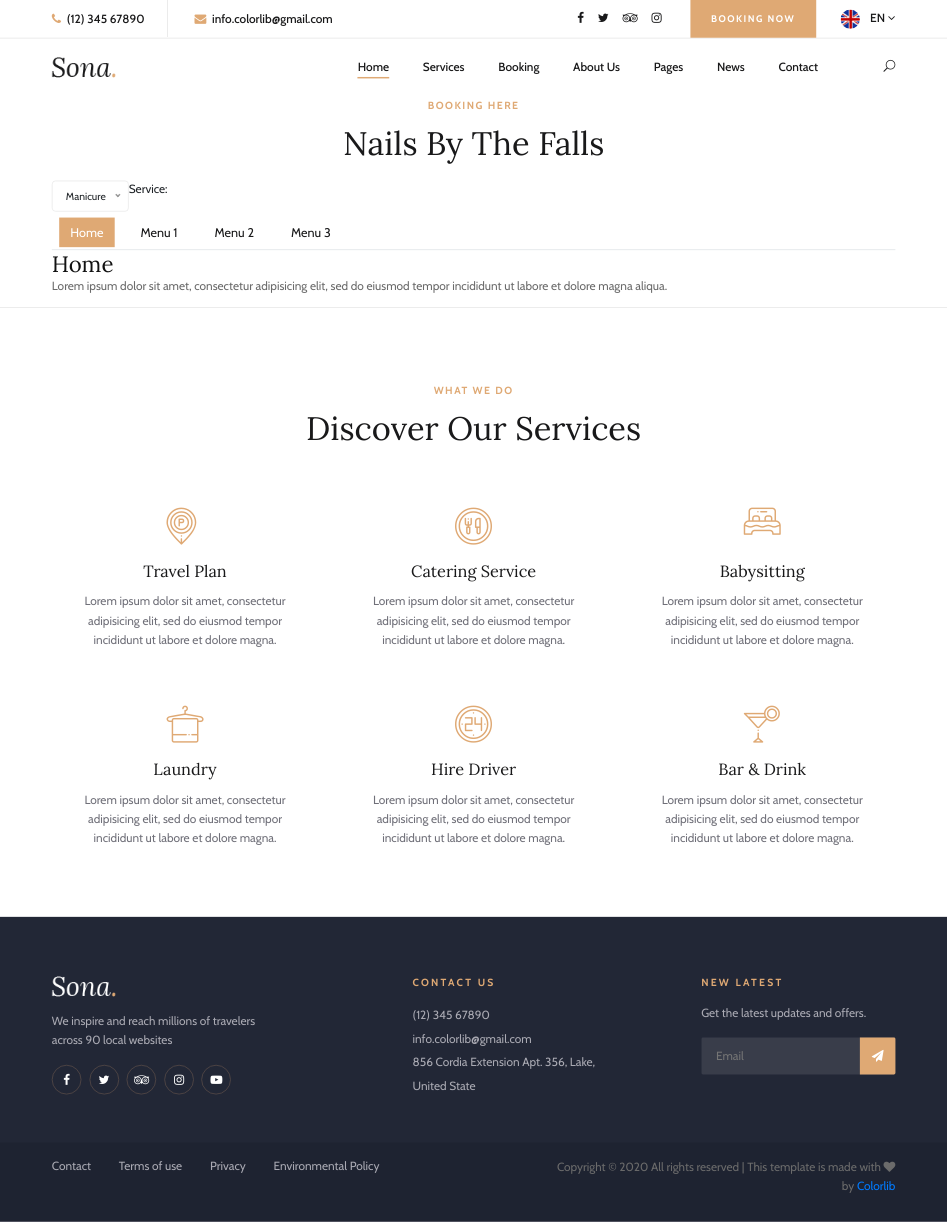
Repository: KeriBoss/Booking_Spa
Page: booking.html
The author's editor kept a copy of each file at every save. The page is drawn from the files as they stood at one save, then again after the next save.
The browser window is 1280 px wide. The pictures show the whole page, at 74% of full size.

Above is the page before, as saved 2023-05-19 16:01:08.

### booking.html
<!DOCTYPE html>
<html lang="zxx">

<head>
    <meta charset="UTF-8" />
    <meta name="description" content="Sona Template" />
    <meta name="keywords" content="Sona, unica, creative, html" />
    <meta name="viewport" content="width=device-width, initial-scale=1.0" />
    <meta http-equiv="X-UA-Compatible" content="ie=edge" />
    <title>Nail | Template</title>

    <!-- Google Font -->
    <link href="https://fonts.googleapis.com/css?family=Lora:400,700&display=swap" rel="stylesheet" />
    <link href="https://fonts.googleapis.com/css?family=Cabin:400,500,600,700&display=swap" rel="stylesheet" />

    <!-- Css Styles -->
    <link rel="stylesheet" href="css/bootstrap.min.css" type="text/css" />
    <link rel="stylesheet" href="css/font-awesome.min.css" type="text/css" />
    <link rel="stylesheet" href="css/elegant-icons.css" type="text/css" />
    <link rel="stylesheet" href="css/flaticon.css" type="text/css" />
    <link rel="stylesheet" href="css/owl.carousel.min.css" type="text/css" />
    <link rel="stylesheet" href="css/nice-select.css" type="text/css" />
    <link rel="stylesheet" href="css/jquery-ui.min.css" type="text/css" />
    <link rel="stylesheet" href="css/magnific-popup.css" type="text/css" />
    <link rel="stylesheet" href="css/slicknav.min.css" type="text/css" />
    <link rel="stylesheet" href="css/style.css" type="text/css" />
</head>

<body>
    <!-- Page Preloder -->
    <div id="preloder">
        <div class="loader"></div>
    </div>

    <!-- Offcanvas Menu Section Begin -->
    <div class="offcanvas-menu-overlay"></div>
    <div class="canvas-open">
        <i class="icon_menu"></i>
    </div>
    <div class="offcanvas-menu-wrapper">
        <div class="canvas-close">
            <i class="icon_close"></i>
        </div>
        <div class="search-icon search-switch">
            <i class="icon_search"></i>
        </div>
        <div class="header-configure-area">
            <div class="language-option">
                <img src="img/flag.jpg" alt="" />
                <span>EN <i class="fa fa-angle-down"></i></span>
                <div class="flag-dropdown">
                    <ul>
                        <li><a href="#">Zi</a></li>
                        <li><a href="#">Fr</a></li>
                    </ul>
                </div>
            </div>
            <a href="#" class="bk-btn">Booking Now</a>
        </div>
        <nav class="mainmenu mobile-menu">
            <ul>
                <li class="active"><a href="./index.html">Home</a></li>
                <li><a href="./rooms.html">Rooms</a></li>
                <li><a href="./about-us.html">About Us</a></li>
                <li>
                    <a href="./pages.html">Pages</a>
                    <ul class="dropdown">
                        <li><a href="./room-details.html">Room Details</a></li>
                        <li><a href="#">Deluxe Room</a></li>
                        <li><a href="#">Family Room</a></li>
                        <li><a href="#">Premium Room</a></li>
                    </ul>
                </li>
                <li><a href="./blog.html">News</a></li>
                <li><a href="./contact.html">Contact</a></li>
            </ul>
        </nav>
        <div id="mobile-menu-wrap"></div>
        <div class="top-social">
            <a href="#"><i class="fa fa-facebook"></i></a>
            <a href="#"><i class="fa fa-twitter"></i></a>
            <a href="#"><i class="fa fa-tripadvisor"></i></a>
            <a href="#"><i class="fa fa-instagram"></i></a>
        </div>
        <ul class="top-widget">
            <li><i class="fa fa-phone"></i> (12) 345 67890</li>
            <li><i class="fa fa-envelope"></i> info.colorlib@gmail.com</li>
        </ul>
    </div>
    <!-- Offcanvas Menu Section End -->

    <!-- Header Section Begin -->
    <header class="header-section">
        <div class="top-nav">
            <div class="container">
                <div class="row">
                    <div class="col-lg-6">
                        <ul class="tn-left">
                            <li><i class="fa fa-phone"></i> (12) 345 67890</li>
                            <li><i class="fa fa-envelope"></i> info.colorlib@gmail.com</li>
                        </ul>
                    </div>
                    <div class="col-lg-6">
                        <div class="tn-right">
                            <div class="top-social">
                                <a href="#"><i class="fa fa-facebook"></i></a>
                                <a href="#"><i class="fa fa-twitter"></i></a>
                                <a href="#"><i class="fa fa-tripadvisor"></i></a>
                                <a href="#"><i class="fa fa-instagram"></i></a>
                            </div>
                            <a href="#" class="bk-btn">Booking Now</a>
                            <div class="language-option">
                                <img src="img/flag.jpg" alt="" />
                                <span>EN <i class="fa fa-angle-down"></i></span>
                                <div class="flag-dropdown">
                                    <ul>
                                        <li><a href="#">Zi</a></li>
                                        <li><a href="#">Fr</a></li>
                                    </ul>
                                </div>
                            </div>
                        </div>
                    </div>
                </div>
            </div>
        </div>
        <div class="menu-item">
            <div class="container">
                <div class="row">
                    <div class="col-lg-2">
                        <div class="logo">
                            <a href="./index.html">
                                <img src="img/logo.png" alt="" />
                            </a>
                        </div>
                    </div>
                    <div class="col-lg-10">
                        <div class="nav-menu">
                            <nav class="mainmenu">
                                <ul>
                                    <li class="active"><a href="./index.html">Home</a></li>
                                    <li><a href="./rooms.html">Services</a></li>
                                    <li><a href="./rooms.html">Booking</a></li>
                                    <li><a href="./about-us.html">About Us</a></li>
                                    <li>
                                        <a href="./pages.html">Pages</a>
                                        <ul class="dropdown">
                                            <li><a href="./room-details.html">Room Details</a></li>
                                            <li><a href="./blog-details.html">Blog Details</a></li>
                                            <li><a href="#">Family Room</a></li>
                                            <li><a href="#">Premium Room</a></li>
                                        </ul>
                                    </li>
                                    <li><a href="./blog.html">News</a></li>
                                    <li><a href="./contact.html">Contact</a></li>
                                </ul>
                            </nav>
                            <div class="nav-right search-switch">
                                <i class="icon_search"></i>
                            </div>
                        </div>
                    </div>
                </div>
            </div>
        </div>
    </header>
    <!-- Header End -->

    <!-- Booking start-->
    <section class="booking-nail">
        <div class="container">
            <div class="row">
                <div class="col-lg-12">
                    <div class="section-title">
                        <span>Booking here</span>
                        <h2>Nails By The Falls</h2>
                    </div>
                </div>
                <div class="col-lg-12">
                    <div class="w-100">
                        <form class="form-group">
                            <div class="select-option">
                                <label for="room">Service:</label>
                                <select id="room">
                                    <option value="">Manicure</option>
                                    <option value="">Hair extension</option>
                                    <option value="">Hair dying</option>
                                    <option value="">Massage</option>
                                    <option value="">Mask</option>
                                    <option value="">Eyelash extensions</option>
                                </select>
                            </div>
                        </form>
                    </div>
                    <div class="card-booking">
                        <ul class="nav nav-tabs">
                            <li class="active"><a class="active" data-toggle="tab" href="#home">Home</a></li>
                            <li><a data-toggle="tab" href="#menu1">Menu 1</a></li>
                            <li><a data-toggle="tab" href="#menu2">Menu 2</a></li>
                            <li><a data-toggle="tab" href="#menu3">Menu 3</a></li>
                        </ul>

                        <div class="tab-content">
                            <div id="home" class="tab-pane fade show active">
                                <h3>Home</h3>
                                <p>Lorem ipsum dolor sit amet, consectetur adipisicing elit, sed do eiusmod tempor
                                    incididunt ut labore et dolore magna aliqua.</p>
                            </div>

                            <div id="menu1" class="tab-pane fade">
                                <h3>Menu 1</h3>
                                <p>Lorem ipsum dolor sit amet, consectetur adipisicing elit, sed do eiusmod tempor
                                    incididunt ut labore et dolore magna aliqua.</p>
                            </div>

                            <div id="menu2" class="tab-pane fade">
                                <h3>Menu 2</h3>
                                <p>Lorem ipsum dolor sit amet, consectetur adipisicing elit, sed do eiusmod tempor
                                    incididunt ut labore et dolore magna aliqua.</p>
                            </div>

                            <div id="menu3" class="tab-pane fade">
                                <h3>Menu 3</h3>
                                <p>Lorem ipsum dolor sit amet, consectetur adipisicing elit, sed do eiusmod tempor
                                    incididunt ut labore et dolore magna aliqua.</p>
                            </div>

                        </div>

                    </div>
                </div>
            </div>
        </div>
    </section>
    <!-- Booking end-->

    <!-- Services Section End -->
    <section class="services-section spad">
        <div class="container">
            <div class="row">
                <div class="col-lg-12">
                    <div class="section-title">
                        <span>What We Do</span>
                        <h2>Discover Our Services</h2>
                    </div>
                </div>
            </div>
            <div class="row">
                <div class="col-lg-4 col-sm-6">
                    <div class="service-item">
                        <i class="flaticon-036-parking"></i>
                        <h4>Travel Plan</h4>
                        <p>
                            Lorem ipsum dolor sit amet, consectetur adipisicing elit, sed do
                            eiusmod tempor incididunt ut labore et dolore magna.
                        </p>
                    </div>
                </div>
                <div class="col-lg-4 col-sm-6">
                    <div class="service-item">
                        <i class="flaticon-033-dinner"></i>
                        <h4>Catering Service</h4>
                        <p>
                            Lorem ipsum dolor sit amet, consectetur adipisicing elit, sed do
                            eiusmod tempor incididunt ut labore et dolore magna.
                        </p>
                    </div>
                </div>
                <div class="col-lg-4 col-sm-6">
                    <div class="service-item">
                        <i class="flaticon-026-bed"></i>
                        <h4>Babysitting</h4>
                        <p>
                            Lorem ipsum dolor sit amet, consectetur adipisicing elit, sed do
                            eiusmod tempor incididunt ut labore et dolore magna.
                        </p>
                    </div>
                </div>
                <div class="col-lg-4 col-sm-6">
                    <div class="service-item">
                        <i class="flaticon-024-towel"></i>
                        <h4>Laundry</h4>
                        <p>
                            Lorem ipsum dolor sit amet, consectetur adipisicing elit, sed do
                            eiusmod tempor incididunt ut labore et dolore magna.
                        </p>
                    </div>
                </div>
                <div class="col-lg-4 col-sm-6">
                    <div class="service-item">
                        <i class="flaticon-044-clock-1"></i>
                        <h4>Hire Driver</h4>
                        <p>
                            Lorem ipsum dolor sit amet, consectetur adipisicing elit, sed do
                            eiusmod tempor incididunt ut labore et dolore magna.
                        </p>
                    </div>
                </div>
                <div class="col-lg-4 col-sm-6">
                    <div class="service-item">
                        <i class="flaticon-012-cocktail"></i>
                        <h4>Bar & Drink</h4>
                        <p>
                            Lorem ipsum dolor sit amet, consectetur adipisicing elit, sed do
                            eiusmod tempor incididunt ut labore et dolore magna.
                        </p>
                    </div>
                </div>
            </div>
        </div>
    </section>
    <!-- Services Section End -->

    <!-- Footer Section Begin -->
    <footer class="footer-section">
        <div class="container">
            <div class="footer-text">
                <div class="row">
                    <div class="col-lg-4">
                        <div class="ft-about">
                            <div class="logo">
                                <a href="#">
                                    <img src="img/footer-logo.png" alt="" />
                                </a>
                            </div>
                            <p>
                                We inspire and reach millions of travelers<br />
                                across 90 local websites
                            </p>
                            <div class="fa-social">
                                <a href="#"><i class="fa fa-facebook"></i></a>
                                <a href="#"><i class="fa fa-twitter"></i></a>
                                <a href="#"><i class="fa fa-tripadvisor"></i></a>
                                <a href="#"><i class="fa fa-instagram"></i></a>
                                <a href="#"><i class="fa fa-youtube-play"></i></a>
                            </div>
                        </div>
                    </div>
                    <div class="col-lg-3 offset-lg-1">
                        <div class="ft-contact">
                            <h6>Contact Us</h6>
                            <ul>
                                <li>(12) 345 67890</li>
                                <li>info.colorlib@gmail.com</li>
                                <li>856 Cordia Extension Apt. 356, Lake, United State</li>
                            </ul>
                        </div>
                    </div>
                    <div class="col-lg-3 offset-lg-1">
                        <div class="ft-newslatter">
                            <h6>New latest</h6>
                            <p>Get the latest updates and offers.</p>
                            <form action="#" class="fn-form">
                                <input type="text" placeholder="Email" />
                                <button type="submit"><i class="fa fa-send"></i></button>
                            </form>
                        </div>
                    </div>
                </div>
            </div>
        </div>
        <div class="copyright-option">
            <div class="container">
                <div class="row">
                    <div class="col-lg-7">
                        <ul>
                            <li><a href="#">Contact</a></li>
                            <li><a href="#">Terms of use</a></li>
                            <li><a href="#">Privacy</a></li>
                            <li><a href="#">Environmental Policy</a></li>
                        </ul>
                    </div>
                    <div class="col-lg-5">
                        <div class="co-text">
                            <p>
                                <!-- Link back to Colorlib can't be removed. Template is licensed under CC BY 3.0. -->
                                Copyright &copy;
                                <script>
                                    document.write(new Date().getFullYear());
                                </script>
                                All rights reserved | This template is made with
                                <i class="fa fa-heart" aria-hidden="true"></i> by
                                <a href="https://colorlib.com" target="_blank">Colorlib</a>
                                <!-- Link back to Colorlib can't be removed. Template is licensed under CC BY 3.0. -->
                            </p>
                        </div>
                    </div>
                </div>
            </div>
        </div>
    </footer>
    <!-- Footer Section End -->

    <!-- Search model Begin -->
    <div class="search-model">
        <div class="h-100 d-flex align-items-center justify-content-center">
            <div class="search-close-switch"><i class="icon_close"></i></div>
            <form class="search-model-form">
                <input type="text" id="search-input" placeholder="Search here....." />
            </form>
        </div>
    </div>
    <!-- Search model end -->

    <!-- Js Plugins -->
    <script src="js/jquery-3.3.1.min.js"></script>
    <script src="js/bootstrap.min.js"></script>
    <script src="js/jquery.magnific-popup.min.js"></script>
    <script src="js/jquery.nice-select.min.js"></script>
    <script src="js/jquery-ui.min.js"></script>
    <script src="js/jquery.slicknav.js"></script>
    <script src="js/owl.carousel.min.js"></script>
    <script src="js/main.js"></script>
</body>

</html>

Loaded but not shown: css/bootstrap.min.css (library); css/font-awesome.min.css (library); css/flaticon.css (common file); css/owl.carousel.min.css (library); css/nice-select.css (common file); css/jquery-ui.min.css (library); css/magnific-popup.css (library); css/slicknav.min.css (common file); js/jquery-3.3.1.min.js (library); js/bootstrap.min.js (library); js/jquery.magnific-popup.min.js (library); js/jquery.nice-select.min.js (common file); js/jquery-ui.min.js (library); js/jquery.slicknav.js (library); js/owl.carousel.min.js (library); js/main.js (109 lines, source omitted); css/style.css (2354 lines, source omitted); css/elegant-icons.css (1157 lines, source omitted)

After the next save:
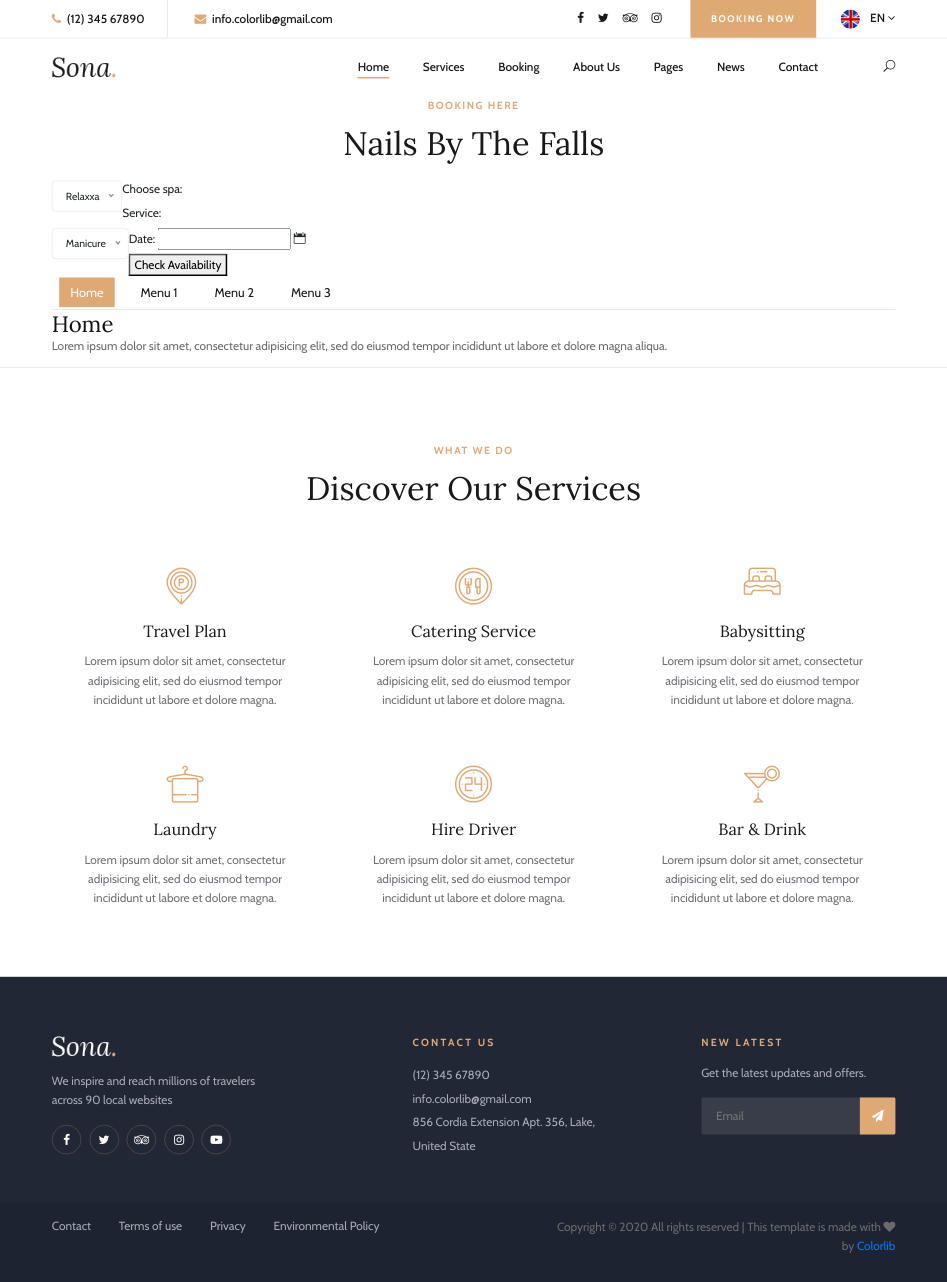
Saved 34 s later.
--- a/booking.html
+++ b/booking.html
@@ -178,7 +178,18 @@
                 </div>
                 <div class="col-lg-12">
                     <div class="w-100">
-                        <form class="form-group">
+                        <form action="#">
+                            <div class="select-option">
+                                <label for="guest">Choose spa:</label>
+                                <select id="guest">
+                                    <option value="">Relaxxa </option>
+                                    <option value=""> Bliss  </option>
+                                    <option value=""> Body n Mind Spa   </option>
+                                    <option value=""> The Zen Company </option>
+                                    <option value=""> Sparadise  </option>
+                                    <option value=""> Relexology Spa  </option>
+                                </select>
+                            </div>
                             <div class="select-option">
                                 <label for="room">Service:</label>
                                 <select id="room">
@@ -190,6 +201,12 @@
                                     <option value="">Eyelash extensions</option>
                                 </select>
                             </div>
+                            <div class="check-date">
+                                <label for="date-in">Date:</label>
+                                <input type="text" class="date-input" id="date-in" />
+                                <i class="icon_calendar"></i>
+                            </div>
+                            <button type="submit">Check Availability</button>
                         </form>
                     </div>
                     <div class="card-booking">
